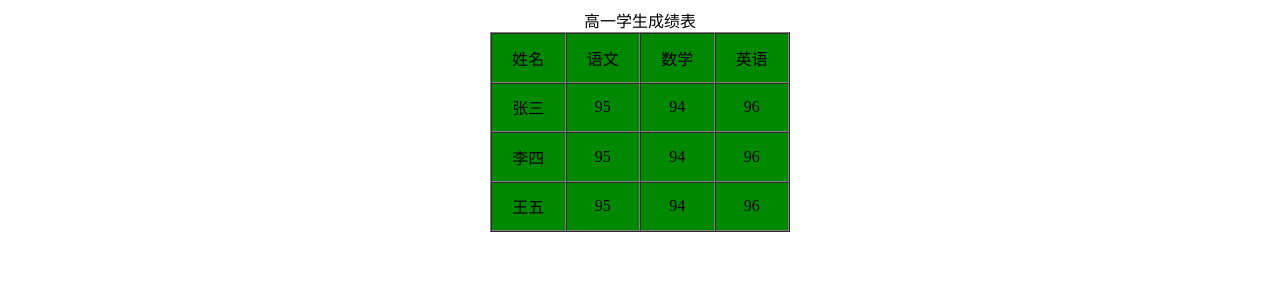
Repository: sheep9590/Test
Page: eclipse-workspace/Prj03/WebRoot/File1.html
These files come from the project's save history. The page is drawn as it stood at one moment and after the next save; the edit follows.
The browser window is 1280 px wide. The pictures show the whole page.

Above is the page before, as saved 2021-09-08 14:13:21.

After the next save:
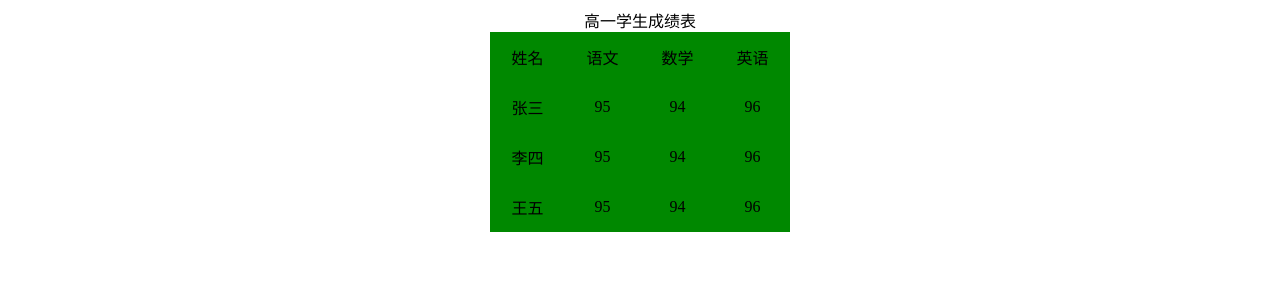
Saved 18 s later.
--- a/eclipse-workspace/Prj03/WebRoot/File1.html
+++ b/eclipse-workspace/Prj03/WebRoot/File1.html
@@ -1,7 +1,7 @@
 <!DOCTYPE html>
 <html>
 <body>
-<table  align="center"bgcolor="#008800" width="300" height="200" border="1px solid #000" cellspacing="0">
+<table  align="center"bgcolor="#008800" width="300" height="200" border="0.1" cellspacing="0">
       <caption>高一学生成绩表</caption>
     <tr align="center">
        <td>姓名</td><td>语文</td>

After the save that followed:
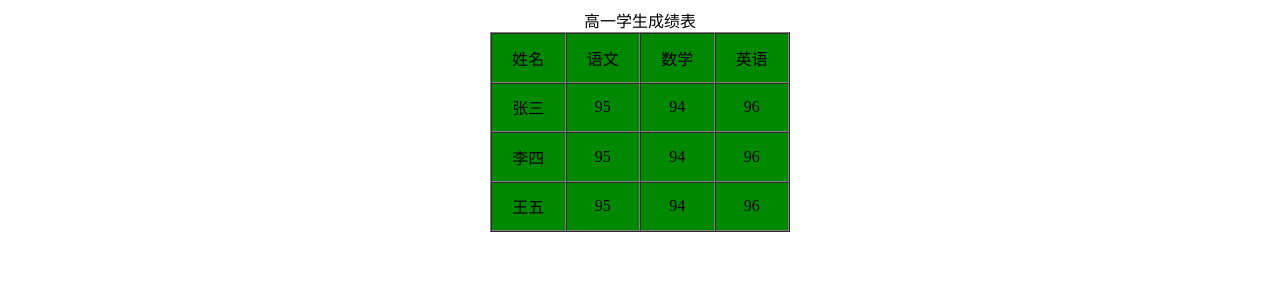
Saved 9 s later.
--- a/eclipse-workspace/Prj03/WebRoot/File1.html
+++ b/eclipse-workspace/Prj03/WebRoot/File1.html
@@ -1,7 +1,7 @@
 <!DOCTYPE html>
 <html>
 <body>
-<table  align="center"bgcolor="#008800" width="300" height="200" border="0.1" cellspacing="0">
+<table  align="center"bgcolor="#008800" width="300" height="200" border="1" cellspacing="0">
       <caption>高一学生成绩表</caption>
     <tr align="center">
        <td>姓名</td><td>语文</td>
